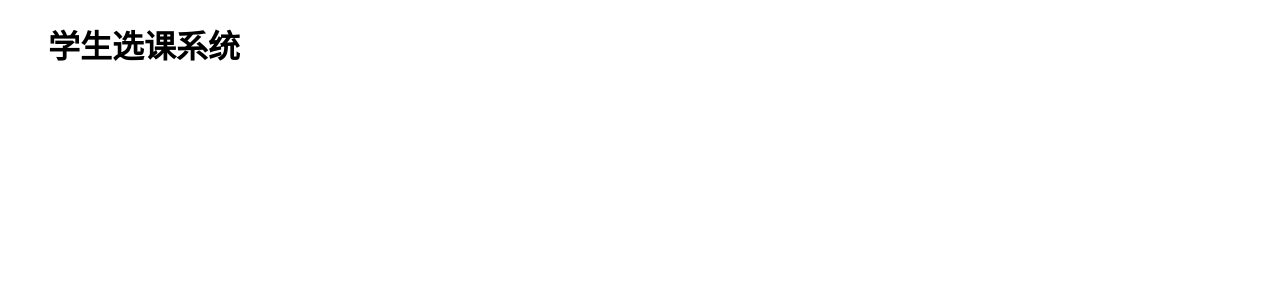
Repository: arkulo56/codeLibrary
Page: http://localhost/firstWeb/
The author's editor kept a copy of each file at every save. The page is drawn from the files as they stood at one save, then again after the next save.
The browser window is 1280 px wide. The pictures show the whole page.
The page is served by Tomcat 9.

Above is the page before, as saved 2016-04-21 03:05:04.

After the next save:
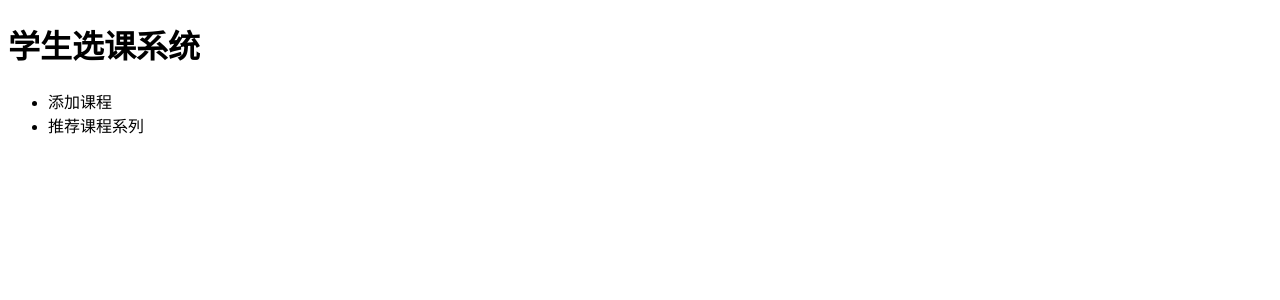
Saved 69 s later.
--- a/java/firstWeb/WebContent/index.jsp
+++ b/java/firstWeb/WebContent/index.jsp
@@ -6,8 +6,12 @@
 <title>Insert title here</title>
 </head>
 <body>
+
+<h1>学生选课系统</h1>
 <ul>
-<h1>学生选课系统</h1>
+<li>添加课程</li>
+<li>推荐课程系列</li>
 </ul>
+
 </body>
 </html>
